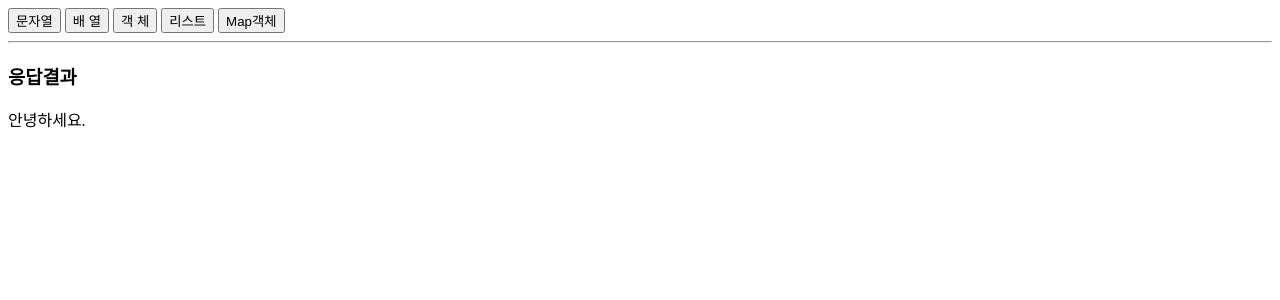
Repository: p2terkim/servletWork
Page: http://localhost/servletTest/basic/json/jsonTest.jsp
The author's editor kept a copy of each file at every save. The page is drawn from the files as they stood at one save, then again after the next save.
The browser window is 1280 px wide. The pictures show the whole page.
After loading, the first visible `#strBtn` was clicked once.
The page is served by Tomcat 9.

Above is the page before, as saved 2021-05-20 06:14:18.

After the next save:
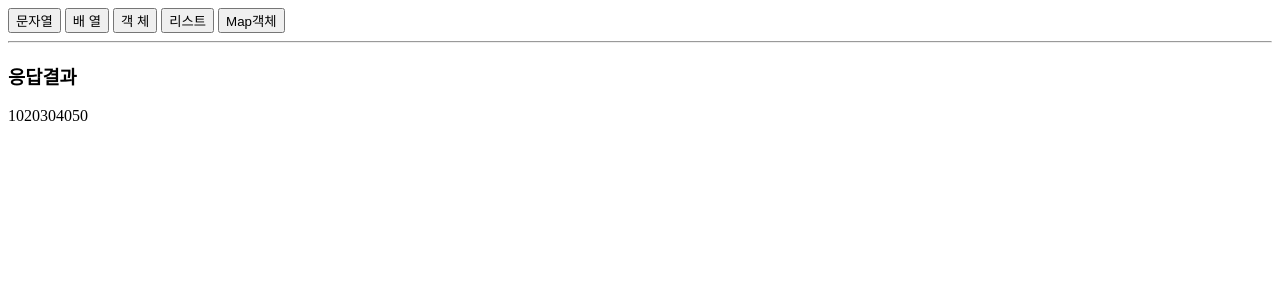
Saved 33 s later.
--- a/servletTest/WebContent/basic/json/jsonTest.jsp
+++ b/servletTest/WebContent/basic/json/jsonTest.jsp
@@ -20,6 +20,22 @@ $(function(){
 			dataType : "json"
 		});
 	});
+
+	//--------------------------------------
+
+	$("#strBtn").on("click", function(){
+		$.ajax({
+			url : "<%=request.getContextPath()%>/JSONTest.do",
+			type : "post",
+			data : "choice=array",
+			success : function(data){
+				$('#result').html(data);
+			},
+			dataType : "json"
+		});
+	});
+
+
 });
 
 </script>
